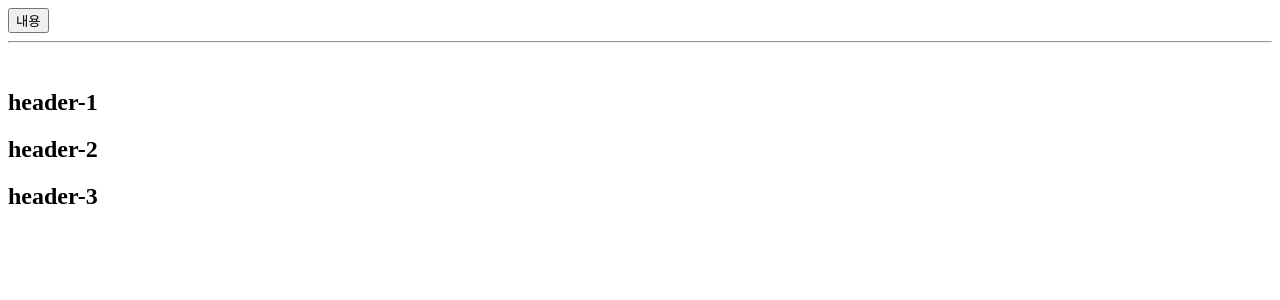
Repository: KYJIN1024/kic_jquery
Page: http://localhost/JQueryEx01/jquery37.jsp
The author's editor kept a copy of each file at every save. The page is drawn from the files as they stood at one save, then again after the next save.
The browser window is 1280 px wide. The pictures show the whole page.
The page is served by Tomcat 9.

Above is the page before, as saved 2023-05-16 06:17:00.

After the next save:
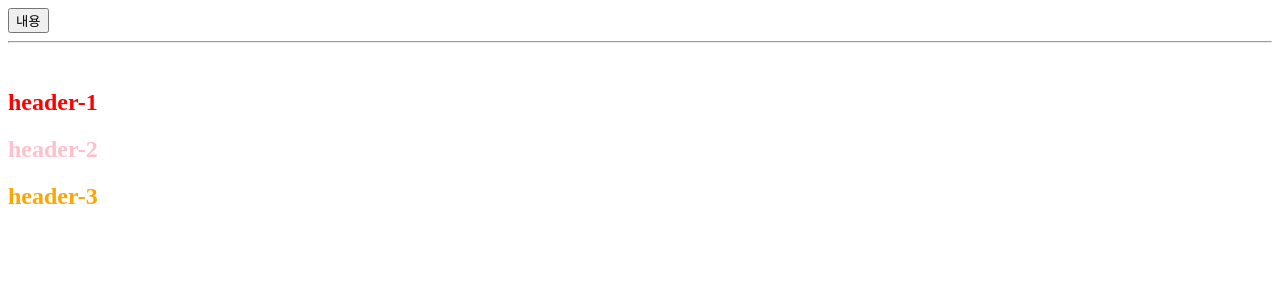
Saved 75 s later.
--- a/JQueryEx01/src/main/webapp/jquery37.jsp
+++ b/JQueryEx01/src/main/webapp/jquery37.jsp
@@ -5,6 +5,13 @@
 <head>
 <meta charset="UTF-8">
 <title>Insert title here</title>
+<style>
+	.c1 { color:red; }
+	.c2 { color:pink; }
+	.c3 { color:orange; }
+</style>
+
+
 <script src="https://ajax.googleapis.com/ajax/libs/jquery/3.6.4/jquery.min.js"></script>
 <script>
 	$(document).ready(function(){
